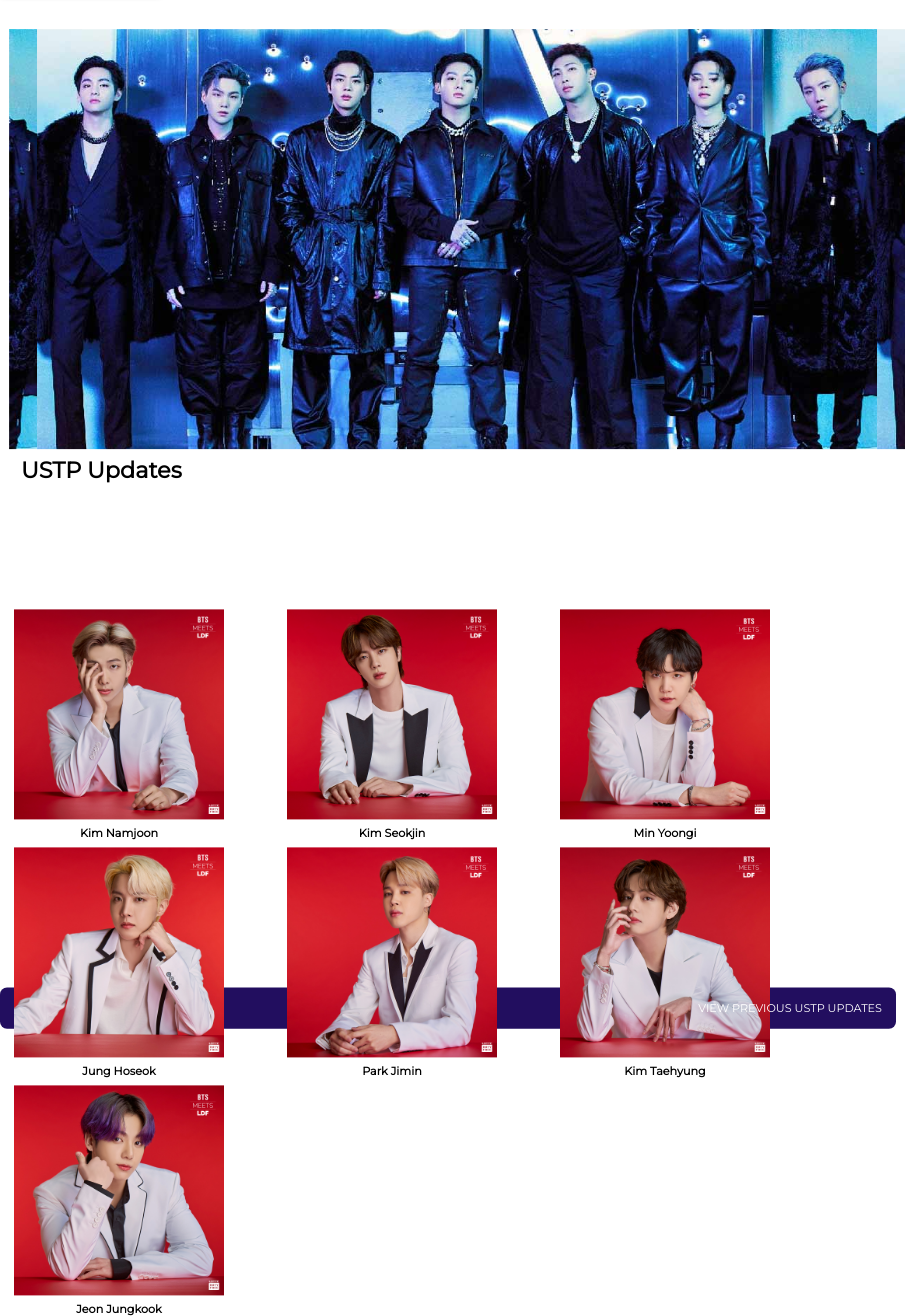
Repository: Joy5345/Colis-MidTerm_PIT
Page: index.html
An editor plug-in stored every save of this project. The page is shown before and after the next save, followed by the edit.
The browser window is 1280 px wide. The page is 1293 px wide, so the pictures cover 1293 px, including what lies to the right of the window. The pictures show the part of the page from y = 911 to 2791 px (the page is 2791 px tall), at 70% of full size.

Above is the page before, as saved 2023-07-29 20:07:44.

### index.html
<!DOCTYPE html>
<html lang="en">
<head>
    <meta charset="UTF-8">
    <meta name="viewport" content="width=device-width, initial-scale=1.0">
    <link rel="stylesheet" href="css/style.css">
    <link rel="stylesheet" href="https://cdnjs.cloudflare.com/ajax/libs/font-awesome/6.4.0/css/all.min.css" integrity="sha512-iecdLmaskl7CVkqkXNQ/ZH/XLlvWZOJyj7Yy7tcenmpD1ypASozpmT/E0iPtmFIB46ZmdtAc9eNBvH0H/ZpiBw==" crossorigin="anonymous" referrerpolicy="no-referrer" />
    <link rel="preconnect" href="https://fonts.googleapis.com">
    <link rel="preconnect" href="https://fonts.gstatic.com" crossorigin>
    <link href="https://fonts.googleapis.com/css2?family=Montserrat:wght@100;200;300;400&display=swap" rel="stylesheet">
    <title>USTP</title>

</head>
<body>
    <div class="main1">
        <div class="nav-menu1">
            <nav>
                <ul>
                    <li><a href="#"><i class="fa-solid fa-arrow-up-right-from-square"></i>Career Center</a></li>
                    <li><a href="#"><i class="fa-solid fa-arrow-up-right-from-square"></i>Student Affairs</a></li>
                    <li><a href="#"><i class="fa-solid fa-arrow-up-right-from-square"></i>Alumni Affairs</a></li>
                    <li><a href="#"><i class="fa-solid fa-arrow-up-right-from-square"></i>Employees</a></li>
                    <li><a href="#"><i class="fa-solid fa-ear-listen"></i>COVID-19 Response</a></li>
                </ul>
            </nav>

            <div class="nav-icon">
                <a href="#"><i class="fa-solid fa-magnifying-glass"></i></a>
                <a href="#"><i class="fa-brands fa-twitter"></i></a>
                <a href="#"><i class="fa-brands fa-instagram"></i></a>
                <a href="#"><i class="fa-brands fa-youtube"></i></a>
                <a href="#"><i class="fa-brands fa-facebook-f"></i></a>
            </div>
        </div>
    </div>

    <div class="nav-menu2">
        <div class="container1">
            <nav>
                <div class="logo1">
                    <img src="images/USTP logo.png" alt="USTP" class="Univ">
                </div>
            </nav>


            <div class="nav-services">
                    <ul>
                        <li><a href="#">About <i class="fa-solid fa-angle-down"></i></a></li>
                        <li><a href="#">Academics <i class="fa-solid fa-angle-down"></i></a></li>
                        <li><a href="#">Research, Innovation & Entrepreneurship <i class="fa-solid fa-angle-down"></i></a></li>
                        <li><a href="#">Global <i class="fa-solid fa-angle-down"></i></a></li>
                        <li><a href="#">Updates <i class="fa-solid fa-angle-down"></i></a></li>
                        <li><a href="#">Services <i class="fa-solid fa-angle-down"></i></a></li>
                    </ul>
            </div>

        </div>
    </div>

    <div class="wallpaper1"></div>

    <div class="logos">
        <div class="container2">
            <img src="images/logo1.png" alt="Logo 1">
            <img src="images/logo2.png" alt="Logo 2">
            <img src="images/logo3.png" alt="Logo 3">
            <img src="images/logo4.png" alt="Logo 4">
            <img src="images/logo5.png" alt="Logo 5">
            <img src="images/logo6.png" alt="Logo 6">
        </div>
    </div>

    <div class="about-ustp-header">
        <nav class="about-ustp">
            <a href="#">ABOUT USTP</a>
        </nav>
    </div>

        <div>
            <div class="info">
                <p>Lorem ipsum dolor sit, amet consectetur adipisicing elit. Mollitia esse quisquam, velit laboriosam unde nostrum, vel beatae voluptate tempora commodi culpa consequatur perferendis corporis officia dignissimos eveniet assumenda consequuntur natus perspiciatis rem aspernatur recusandae. Laborum aspernatur quo sequi molestiae provident, amet reprehenderit, modi quaerat ut cum temporibus accusantium eveniet tenetur.</p> <br>

                <p>Lorem ipsum dolor sit amet consectetur adipisicing elit. Temporibus quos harum officiis quae incidunt nam vero consectetur similique cumque quisquam. Doloribus exercitationem perspiciatis sed obcaecati voluptas eum quam delectus temporibus veritatis, recusandae laboriosam minus quos ad sint quaerat corporis omnis voluptatem eveniet sit aperiam cupiditate. Dolor minus temporibus voluptatum tempora!</p>
            </div>
        </div>
    </div>

    <div class="learn-more">
        <div class="learn-more-btn">
            <a href="#" class="learn-more-link">Learn more about USTP</a>
        </div>
    </div>

    <div class="wallpaper2"></div>

    <h1>USTP Updates</h1>

    <div class="container4">
        <div class="card">
            <img src="images/kim namjoon.jpg" alt="card1">
            <div class="name">
              <p>Kim Namjoon</p>
            </div>
        </div>

        <div class="card">
            <img src="images/kim seokjin.jpg" alt="card2">
            <div class="name">
              <p>Kim Seokjin</p>
            </div>
        </div>

        <div class="card">
            <img src="images/min yoongi.jpg" alt="card3">
            <div class="name">
              <p>Min Yoongi</p>
            </div>
        </div>

        <div class="card">
            <img src="images/jung hoseok.jpg" alt="card4">
            <div class="name">
              <p>Jung Hoseok</p>
            </div>
        </div>

        <div class="card">
            <img src="images/park jimin.jpg" alt="card5">
            <div class="name">
              <p>Park Jimin</p>
            </div>
        </div>

        <div class="card">
            <img src="images/kim taehyung.jpg" alt="card6">
            <div class="name">
              <p>Kim Taehyung</p>
            </div>
        </div>

        <div class="card">
            <img src="images/jeon jungkook.jpg" alt="card7">
            <div class="name">
              <p>Jeon Jungkook</p>
            </div>
        </div>
    </div>

    <div class="about-ustp-header">
        <nav class="about-ustp">
            <a href="#">View Previous USTP Updates</a>
        </nav>
    </div>

</body>
</html>

### css/style.css
*{
    font-family: Montserrat;
    box-sizing: border-box;
    margin: 0 0;
}
.main1{
    display: flex;
    background-color: rgb(17, 17, 56);
    color: aliceblue;
    width: 100%;
    justify-content: center;
    padding-top: 10px;
    padding-bottom: 10px;

}
.nav-menu1{
    width: 80%;
    background-color: rgb(17, 17, 56);
    display: flex;
    align-items: center;
    justify-content: space-between;
}
nav ul{
    list-style: none;
}
nav ul li{
   display: inline-flex;
   list-style: none;
}
nav ul li a{
    margin-right: 10px;
    color: aliceblue;
    font-size: .8rem;
    text-decoration: none;
}
nav ul li a i{
    margin-right: 10px;
}
.fa-solid{
    margin-left: 5px;
}
.nav-icon i{
    margin-left: 20px;
    color: aliceblue;
}
.fa-magnifying-glass{
    color: aliceblue;
    font-size: 1rem;
    font-weight: bolder;
}
.nav ul li a:hover{
    color:gold;
}
.nav-icon i:hover{
    color: gold;
}

.nav-menu2{
    background-color: #fff;
    padding: 5px;
    display: flex;
    align-items: center;
    justify-content: space-between;
}

.container1 {
    display: flex;
    align-items: center;
}

.Univ{
    width: 350px;
    margin-right: 10px;
}

.nav-services ul{
    display: flex;
    margin-left: auto;
    align-items:end;
    text-decoration: none;
}

.nav-services > ul li{
    display: inline-flex;
    margin-left: 20px;
    list-style: none;
}

.nav-services > ul li a{
    text-decoration: none;
    color:black;
    font-weight: bold;
    font-size: small;
    margin-left: 10px;
}

.nav-services > ul li a i{
    margin-left: 10px;
}

.nav-services > ul li a:hover{
    color: gray;
}

.wallpaper1{
    height: 350px;
    width: 100%;
    margin-left: 1%;
    background-image: url("../images/bts1.jpg");
    border-top-left-radius: 50px;
    border-bottom-right-radius: 50px;
    background-position: center center;
}

.logos{
    background-color: #f0f0f0;
    padding: 20px 0;
    text-align: center;
}

.container2{
    display: flex;
    justify-content: center;
}

.container2 img {
    max-width: 70px;
    margin: 0 15px;
}

.about-ustp-header{
    background-color: #220e5f;
    padding: 20px 20px 20px 20px;
    justify-content: flex-end;
    border-radius: 10px;
}

.about-ustp{
    text-transform: uppercase;
    text-align: right;
}

.about-ustp a {
    color: #fff;
    text-decoration: none;
    margin-left: auto;
}

.info {
    padding: 40px 20px;
    background-color: #fff;
    text-align: justify;
}

.info-content {
    max-width: 500px;
    margin: 0 auto;
}


.info-content p {
    font-size: 16px;
    margin-bottom: 100px;
}

.learn-more-btn {
    text-align: right;
    margin-bottom: 50px;
    background-color: #220e5f;
    position: right;
    align-items: flex-end;
    width: fit-content;
}

.learn-more-link {
    display: inline-block;
    padding: 10px 20px;
    background-color: var(--primary-color);
    color: goldenrod;
    text-decoration: none;
    border-radius: 5px;
    font-size: 16px;
    box-shadow: 0 4px 8px rgba(0, 0, 0, 0.2);
    transition: background-color 0.2s ease;
}

.learn-more-link:hover {
    text-decoration-color: #220e5f;
    background-color: goldenrod;
}

.wallpaper2{
    height: 600px;
    width: 100%;
    margin-left: 1%;
    background-image: url("../images/bts3.jpg");
    background-position: center center;
}

h1{
    padding-top: 10px;
    padding-left: 30px;
    gap: 2px;
}

.container4 {
    padding-top: 10px;
    display: flex;
    height: 100vh;
    width: 100vw;
    gap: 70px;
    flex-wrap: wrap;
}

@media screen and (max-width: 1600px) {
    .card {
      width: 300px;
    }
}

@media screen and (max-width: 800px) {
    .card {
      width: 500px;
    }
    .card-container {
      justify-content: center;
    }
}

.card{
    height: 100px;
    width: 300px;
    display: flex;
    flex-direction: column;
    gap: 10px;
    margin-top: 170px;
    margin-left: 20px;
    transition: ease-in-out 600ms;
}

.name{
    text-align: center;
    font-weight: bolder;
}

.block {
    display: block;
    width: 100%;
    border: none;
    background-color: #04AA6D;
    padding: 14px 28px;
    font-size: 16px;
    cursor: pointer;
    text-align: center;
  }

After the next save:
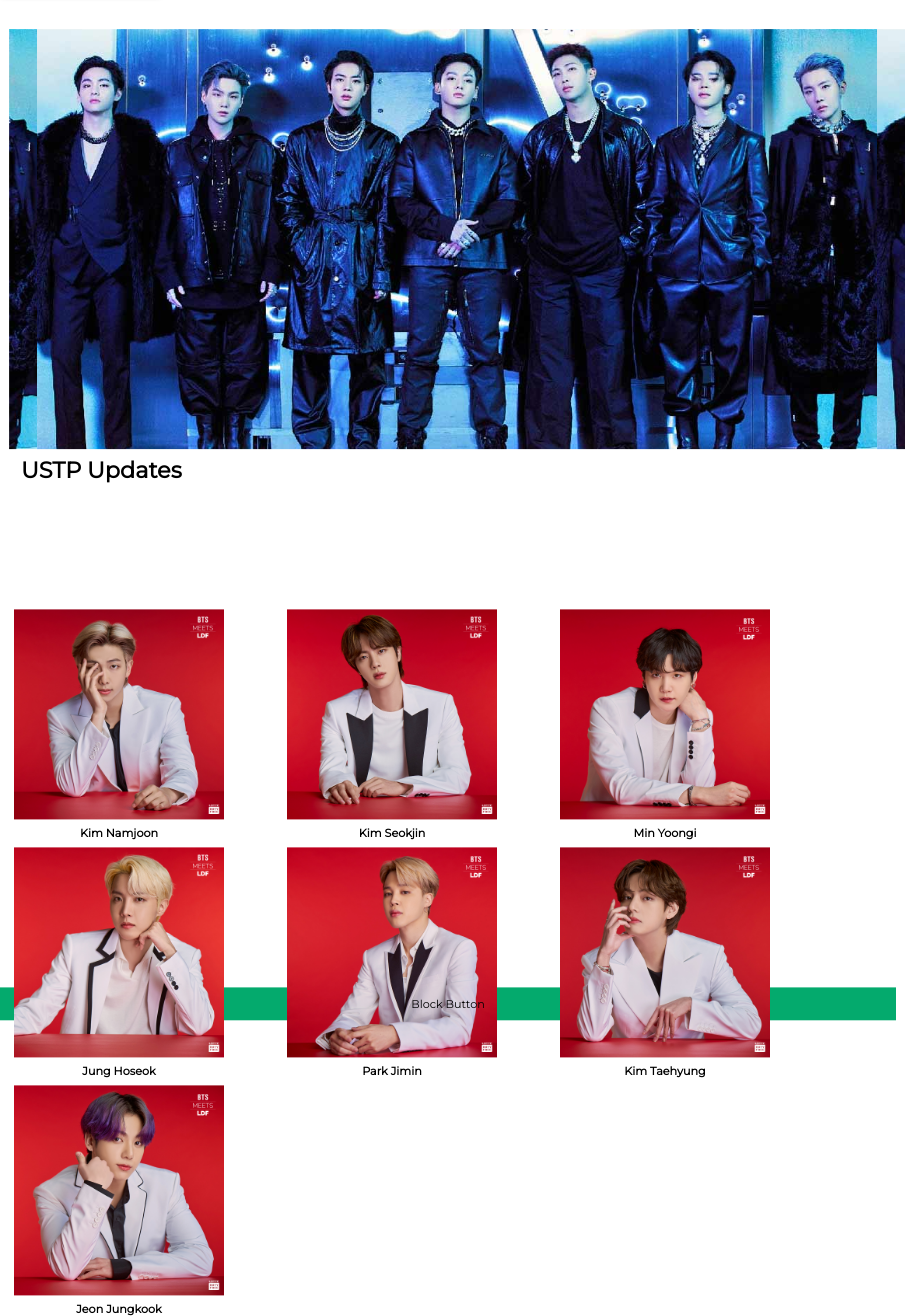
Saved 89 s later.
--- a/index.html
+++ b/index.html
@@ -146,11 +146,10 @@
         </div>
     </div>
 
-    <div class="about-ustp-header">
-        <nav class="about-ustp">
-            <a href="#">View Previous USTP Updates</a>
-        </nav>
+    <div class="updates">
+        <button type="button" class="block">Block Button</button>
     </div>
+
 
 </body>
 </html>
